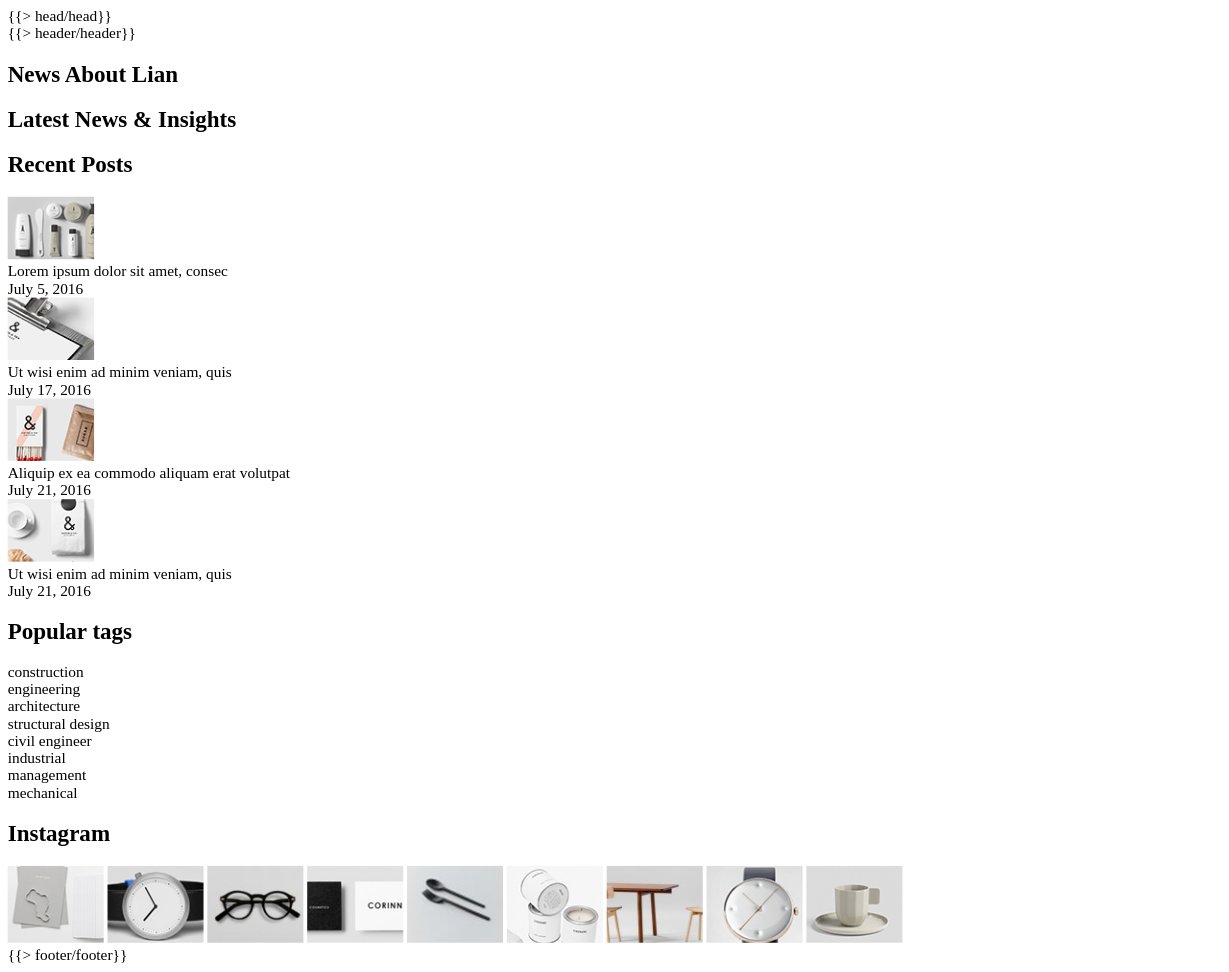
Repository: nataliiasaltan/Lian
Page: src/blog.html
An editor plug-in stored every save of this project. The page is shown before and after the next save, followed by the edit.
The browser window is 1280 px wide. The pictures show the whole page, at 96% of full size.

Above is the page before, as saved 2020-05-23 13:18:59.

After the next save:
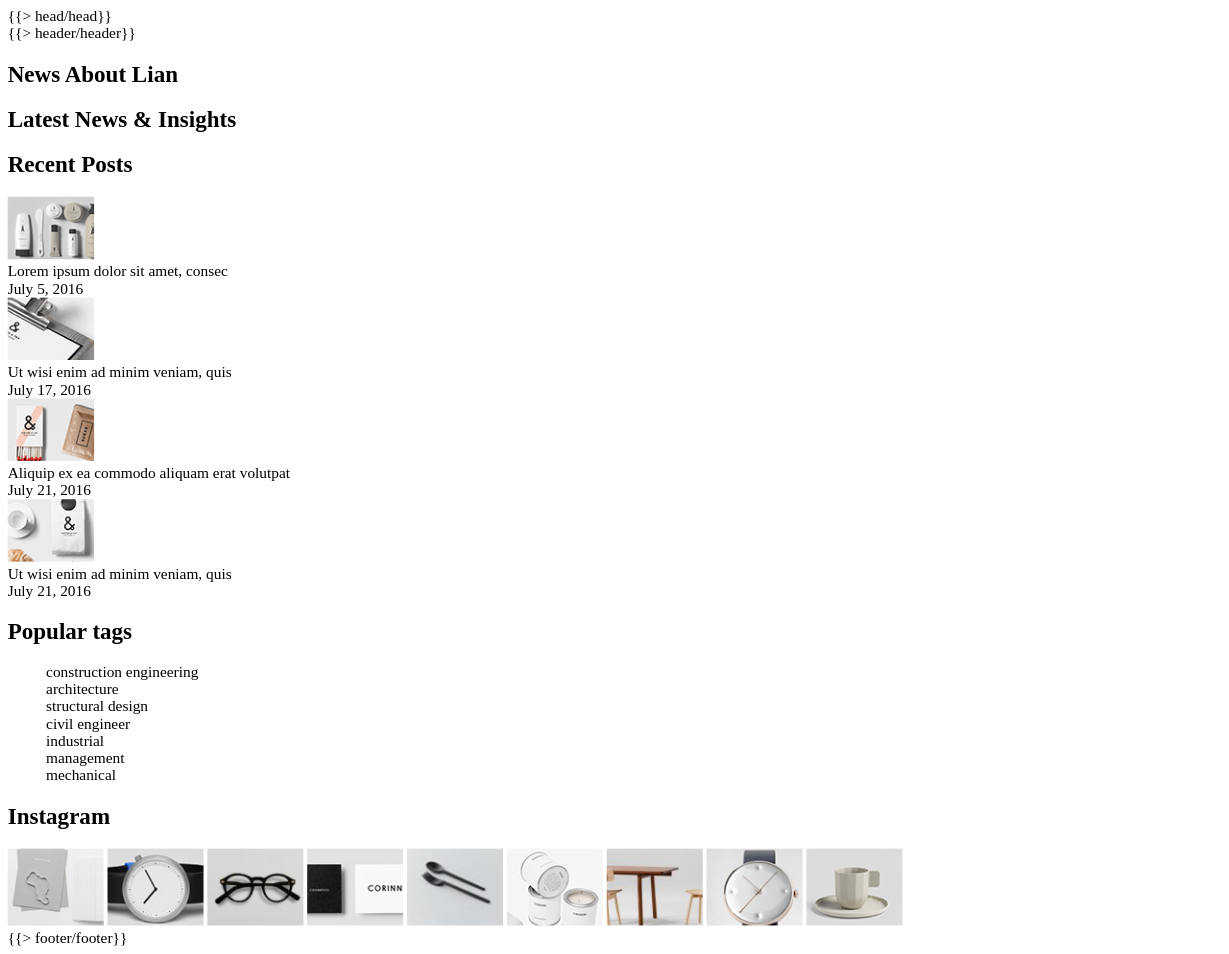
Saved 3 min 48 s later.
--- a/src/blog.html
+++ b/src/blog.html
@@ -78,16 +78,16 @@
                         </div>
                         <div class="aside__wrapper">
                             <h2 class="aside__head">Popular tags</h2>
-                            <div class="aside__inner wrapper">
-                                <div class="aside__link">construction</div>
-                                <div class="aside__link">engineering</div>
+                            <ul class="aside__inner wrapper">
+                                <a class="aside__link">construction</a>
+                                <a class="aside__link">engineering</a>
                                 <div class="aside__link">architecture</div>
                                 <div class="aside__link">structural design</div>
                                 <div class="aside__link">civil engineer</div>
                                 <div class="aside__link">industrial</div>
                                 <div class="aside__link">management</div>
                                 <div class="aside__link">mechanical</div>
-                            </div>
+                            </ul>
                         </div>
                         <div class="aside__wrapper">
                             <h2 class="aside__head">Instagram</h2>
